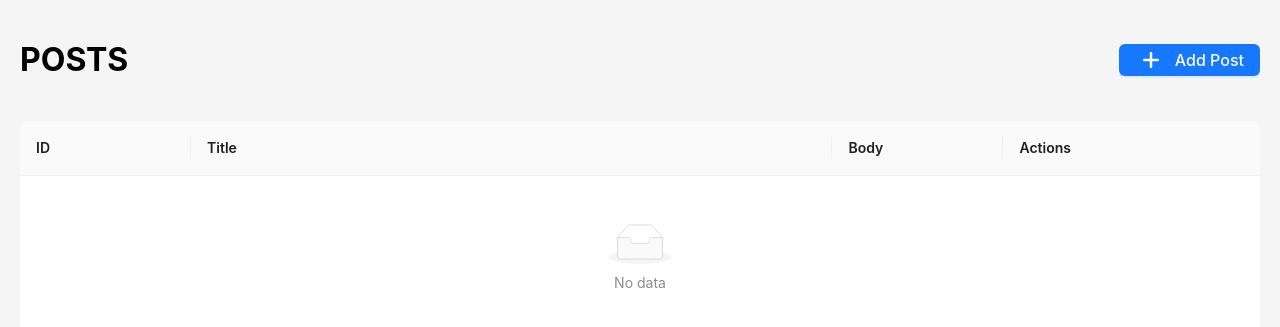
Repository: yasserrrz/Denamo-posts
Page: /
The author's editor kept a copy of each file at every save. The page is drawn from the files as they stood at one save, then again after the next save.
The browser window is 1280 px wide. The pictures show the whole page.
The page's requests for data from a server got no answer. The project was rebuilt for these pictures with package versions that can differ from the ones it lists, and the page was loaded fresh each time. No one was signed in, and anything a server would have sent is missing. Also part of the build but not shown: src/components/PostForm.tsx.

Above is the page before, as saved 2024-11-28 16:42:03.

After the next save:
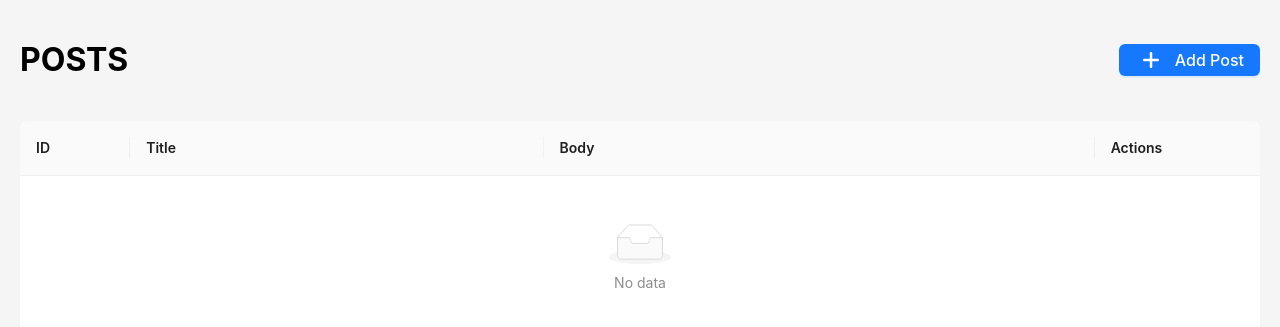
Saved 4 s later.
--- a/src/components/DataTable.tsx
+++ b/src/components/DataTable.tsx
@@ -93,7 +93,7 @@ const DataTable: React.FC = () => {
       title: 'Body',
       dataIndex: 'body',
       key: 'body',
-      width: '8%',
+      width: '40%',
     },
     {
       title: 'Actions',
